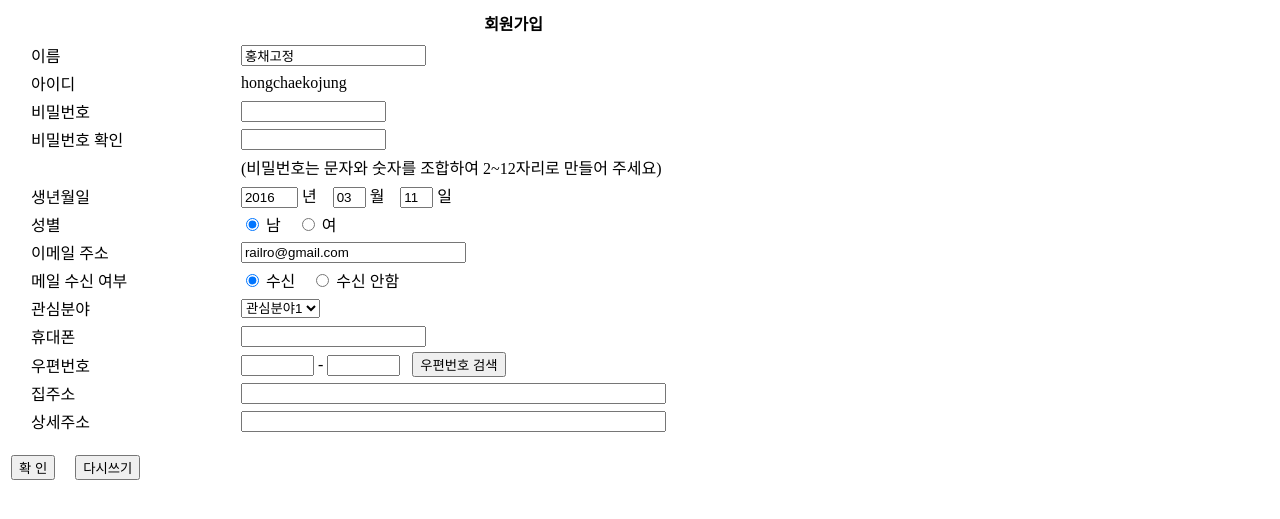
Repository: ekgus419/hckj
Page: http://localhost/Railro/WEB-INF/views/member/myInfoEdit.jsp
These files come from the project's save history. The page is drawn as it stood at one moment and after the next save; the edit follows.
The browser window is 1280 px wide. The pictures show the whole page.
The page is served by Tomcat 9. Nobody is signed in. Other server files are loaded and not shown. The template is opened directly, without the code that normally fills it, so the values that code supplies are empty.

Above is the page before, as saved 2016-08-22 02:50:28.

### Railro/src/main/webapp/WEB-INF/views/member/myInfoEdit.jsp
<%@ page language="java" pageEncoding="UTF-8" trimDirectiveWhitespaces="true"%>

<script src="${pageContext.request.contextPath}/js/join.js"></script>

<div class="content">
	<form name="joinform" action="" method="post" onsubmit="return check()">
		<table class="join" width="80%">
			<tr>
				<th colspan="100%">
					<div class="join-title"><span>회원가입</span></div>
				</th>
			</tr>
			<tr>
				<td colspan=2>
			<tr>
				<td>
					&nbsp;&nbsp;&nbsp;&nbsp;
					이름
				</td>
				<td>
					&nbsp;&nbsp;&nbsp;
					<input type="text" name="NAME" size="20" value="홍채고정"/>
				</td>
			</tr>
			<tr>
				<td>
					&nbsp;&nbsp;&nbsp;&nbsp;
					아이디
				</td>
				<td>
					&nbsp;&nbsp;&nbsp;
					hongchaekojung
				</td>
			</tr>
			<tr>
				<td>
					&nbsp;&nbsp;&nbsp;&nbsp;
					비밀번호
				</td>
				<td>
					&nbsp;&nbsp;&nbsp;
					<input type="password" name="PWD" size="15"/>
				</td>
			</tr>
			<tr>
				<td>
					&nbsp;&nbsp;&nbsp;&nbsp;
					비밀번호 확인
				</td>
				<td>
					&nbsp;&nbsp;&nbsp;
					<input type="password" name="PWD_CK" size="15" />
				</td>
			</tr>
			<tr>
				<td>&nbsp;</td>
				<td>
				&nbsp;&nbsp;&nbsp;
				(비밀번호는 문자와 숫자를 조합하여 2~12자리로 만들어 주세요)
				</td>
			</tr>
			<tr>
				<td>
					&nbsp;&nbsp;&nbsp;&nbsp;
					생년월일
				</td>
				<td>
					&nbsp;&nbsp;&nbsp;
					<input type="text" name="YEAR" size="4" maxlength="4" value="2016"/>
					년
					&nbsp;&nbsp;
					<input type="text" name="MONTH" size="1" maxlength="2" value="03"/>
					월
					&nbsp;&nbsp;
					<input type="text" name="DAY" size="1" maxlength="2" value="11"/>
					일
				</td>
			</tr>
			<tr>
				<td>
					&nbsp;&nbsp;&nbsp;&nbsp;
					성별
				</td>
				<td>
					&nbsp;&nbsp;&nbsp;
					<input type="radio" name="GENDER" value="M" checked/>
					남
					&nbsp;&nbsp;
					<input type="radio" name="GENDER" value="W"/>
					여
				</td>
			</tr>
			<tr>
				<td>
					&nbsp;&nbsp;&nbsp;&nbsp;
					이메일 주소
				</td>
				<td>
					&nbsp;&nbsp;&nbsp;
					<input type="text" name="EMAIL" size="25" value="railro@gmail.com"/>
				</td>
			</tr>
			<tr>
				<td>
					&nbsp;&nbsp;&nbsp;&nbsp;
					메일 수신 여부
				</td>
				<td>
					&nbsp;&nbsp;&nbsp;
					<input type="radio" name="EMAIL_GET" value="YES" checked/>
					수신
					&nbsp;&nbsp;
					<input type="radio" name="EMAIL_GET" value="NO"/>
					수신 안함
				</td>
			</tr>
			<tr>
				<td>
					&nbsp;&nbsp;&nbsp;&nbsp;
					관심분야
				</td>
				<td>
					&nbsp;&nbsp;&nbsp;
					<select name="INTEREST">
						<option>관심분야1</option>
						<option>관심분야2</option>
						<option>관심분야3</option check>
						<option>관심분야4</option>
						<option>관심분야5</option>
						<option>관심분야6</option>
					</select>
				</td>
			</tr>
			<tr>
				<td>
					&nbsp;&nbsp;&nbsp;&nbsp;
					휴대폰
				</td>
				<td>
					&nbsp;&nbsp;&nbsp;
					<input type="text" name="PHONE" size="20" />
				</td>
			</tr>
			<tr>
				<td>
					&nbsp;&nbsp;&nbsp;&nbsp;
					우편번호
				</td>
				<td>
					&nbsp;&nbsp;&nbsp;
					<input type="text" name="ZIPCODE1" size="6"
						onkeypress="gNumCheck()" maxlength="3"/>
					-
					<input type="text" name="ZIPCODE2" size="6"
						onkeypress="gNumCheck()" maxlength="3" />&nbsp;&nbsp;
					<input type="button" name="zipcode" value="우편번호 검색"
						onclick="openZipcode(this.form)" />
				</td>
			</tr>
			<tr>
				<td>
					&nbsp;&nbsp;&nbsp;&nbsp;
					집주소
				</td>
				<td>
					&nbsp;&nbsp;&nbsp;
					<input type="text" name="ADDRESS" size="50" />
				</td>
			</tr>
			<tr>
				<td>
					&nbsp;&nbsp;&nbsp;&nbsp;
					상세주소
				</td>
				<td>
					&nbsp;&nbsp;&nbsp;
					<input type="text" name="ADDRESS2" size="50" />
				</td>
			</tr>
			<tr>
				<td class="btn" colspan="100%">
					<br />
					<input type="submit" value="확 인" />
					&nbsp;&nbsp;&nbsp;
					<input type="reset" value="다시쓰기" />
				</td>
			</tr>
		</table>
	</form>
</div>

### Railro/src/main/webapp/js/join.js
function check(joinform){

	var id = joinform.ID.value;
	var name = joinform.NAME.value;
	var pwd = joinform.PWD.value;
	var pwd_ck = joinform.PWD_CK.value;
	var email = joinform.EMAIL.value;
	var birth = joinform.BIRTH.value;
	var gender = joinform.GENDER.value;
	var interest = joinform.INTEREST.value;
	var phone = joinform.PHONE.value;
	var zipcode = joinform.ZIPCODE.value;
	var address = joinform.ADDRESS_DETAIL.value;

	if (name == ""||name.length <= 1){
		alert("이름을 제대로 입력해 주세요.");
		joinform.NAME.focus();
        return false;
	}
	if(id == "" || id.length == 0){
		alert("아이디를 입력하세요.");
		joinform.ID.focus();
		return false;
	}
	if(pwd == "" || pwd.length == 0){
		alert("비밀번호를 입력하세요.");
		joinform.PWD.focus();
		return false;
	}
	if(pwd != pwd_ck){
		alert("비밀번호가 일치하지 않습니다.");
		joinform.PWD.value="";
		joinform.PWD_CK.value="";
		joinform.PWD.focus();
		return false;
	}
	if(birth.length < 8){
		alert("생년월일을 제대로 입력하세요.");
      	joinform.BIRTH.focus();
        return false;
 	}
	if(email.length == 0){
		alert("이메일을 제대로 입력하세요.");
		joinform.EMAIL.focus();
		return false;
	}
	if(phone.length == 0){
		alert("휴대폰 번호를 입력하세요.");
		joinform.PHONE.focus();
		return false;
	}
	if((zipcode == "")||(zipcode.length < 6)){
		alert("우편번호를 제대로 입력해 주세요.");
      	joinform.ZIPCODE.focus();
        return false;
 	}
	if(address.length == 0){
		alert("상세 주소를 입력하세요.");
		joinform.ADDRESS_DETAIL.focus();
		return false;
	}
	alert("회원가입 성공~~~~~~~~~~")
	return true;
}

function openConfirmId(joinform){
	var id = joinform.ID.value;
	var url="idCheck.htm";

	if(id.length == 0){
		alert("아이디를 입력하세요.");
		joinform.ID.focus();
		return false;
	}
	open(url, "confirm", "toolbar=no,location=no,status=no,menubar=no,"+
						 "scrollbars=no,resizable=no,width=400,height=200");
}

function openZipcode(joinform){
	var url="../newWindow/zipcode.htm"
	open(url, "confirm", "toolbar=no,location=no,"
						+"status=no,menubar=no,"
						+"scrollbars=yes,resizable=no,"
						+"width=410,height=400");
}

function gNumCheck(){
	if(event.keyCode >=48 && event.keyCode <=57) {
		return true;
	}else{
		event.returnValue=false;
	}
}

After the next save:
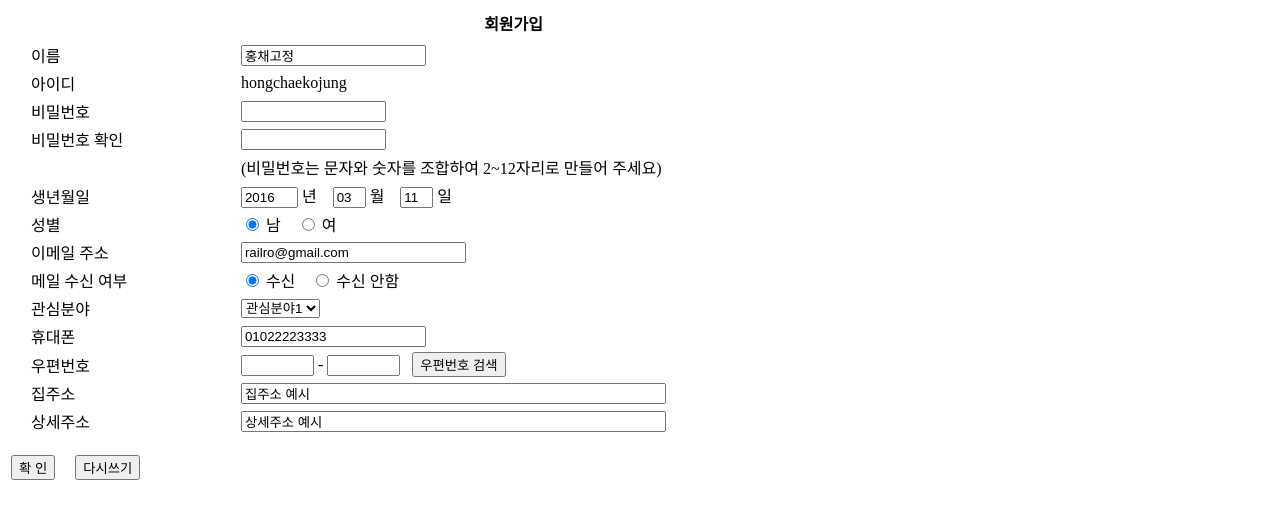
Saved 62 s later.
--- a/Railro/src/main/webapp/WEB-INF/views/member/myInfoEdit.jsp
+++ b/Railro/src/main/webapp/WEB-INF/views/member/myInfoEdit.jsp
@@ -124,7 +124,7 @@
 					<select name="INTEREST">
 						<option>관심분야1</option>
 						<option>관심분야2</option>
-						<option>관심분야3</option check>
+						<option>관심분야3</option>
 						<option>관심분야4</option>
 						<option>관심분야5</option>
 						<option>관심분야6</option>
@@ -138,7 +138,7 @@
 				</td>
 				<td>
 					&nbsp;&nbsp;&nbsp;
-					<input type="text" name="PHONE" size="20" />
+					<input type="text" name="PHONE" size="20" value="01022223333"/>
 				</td>
 			</tr>
 			<tr>
@@ -164,7 +164,7 @@
 				</td>
 				<td>
 					&nbsp;&nbsp;&nbsp;
-					<input type="text" name="ADDRESS" size="50" />
+					<input type="text" name="ADDRESS" size="50" value="집주소 예시"/>
 				</td>
 			</tr>
 			<tr>
@@ -174,7 +174,7 @@
 				</td>
 				<td>
 					&nbsp;&nbsp;&nbsp;
-					<input type="text" name="ADDRESS2" size="50" />
+					<input type="text" name="ADDRESS2" size="50" value="상세주소 예시"/>
 				</td>
 			</tr>
 			<tr>
